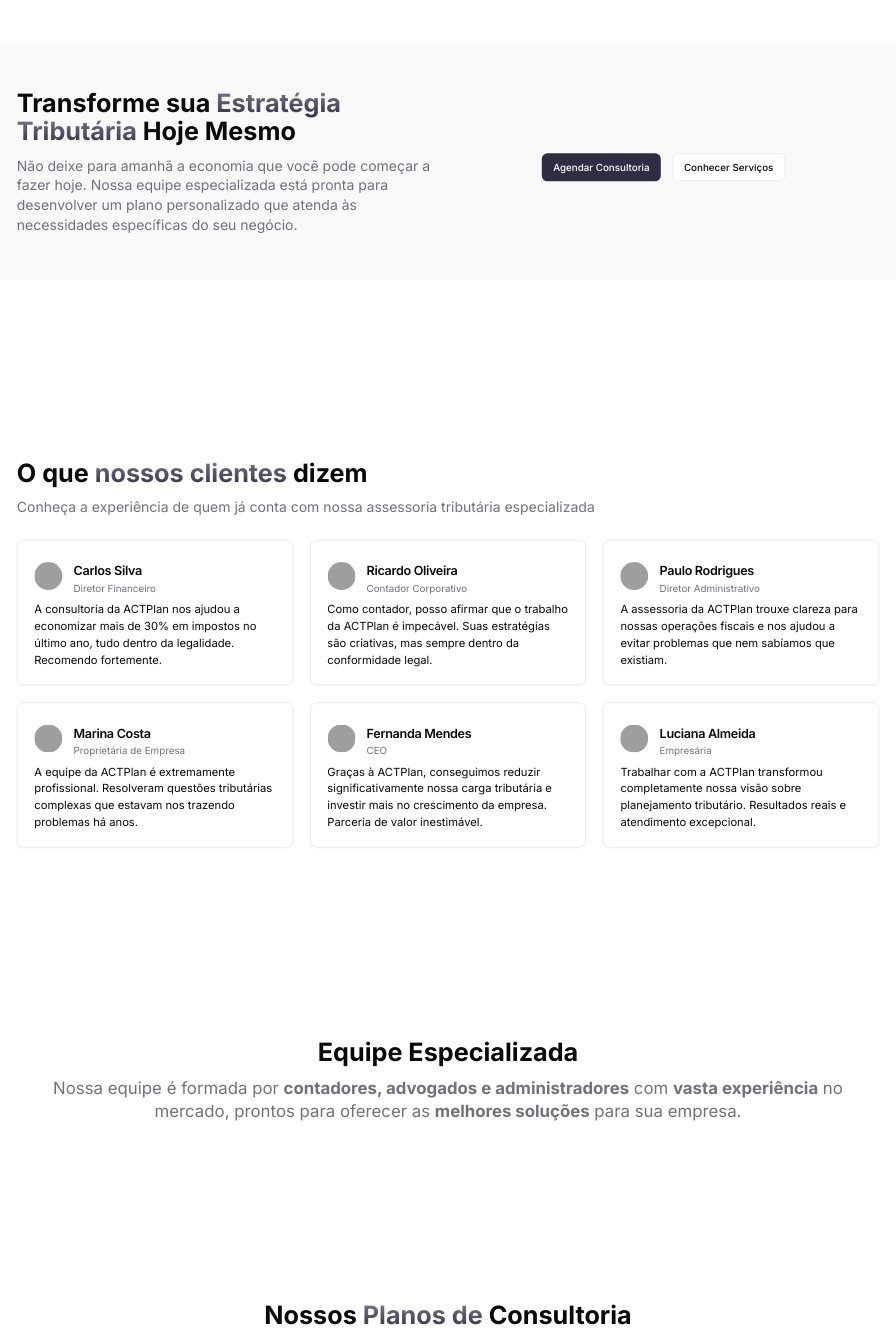
Repository: xoiurp/actplan-landing-page
Page: / (app in shadcn-landing-page-main/)
These files come from the project's save history. The page is drawn as it stood at one moment and after the next save; the edit follows.
The browser window is 1280 px wide. The pictures show the part of the page from y = 4580 to 6500 px (the page is 8610 px tall before and 8630 px after), at 70% of full size.
Pictures or frames that could not be fetched are drawn as grey boxes. The project was rebuilt for these pictures with package versions that can differ from the ones it lists, and the page was loaded fresh each time. Also part of the build but not shown: shadcn-landing-page-main/vite.config.ts.

Above is the page before, as saved 2025-06-24 17:33:05.

After the next save:
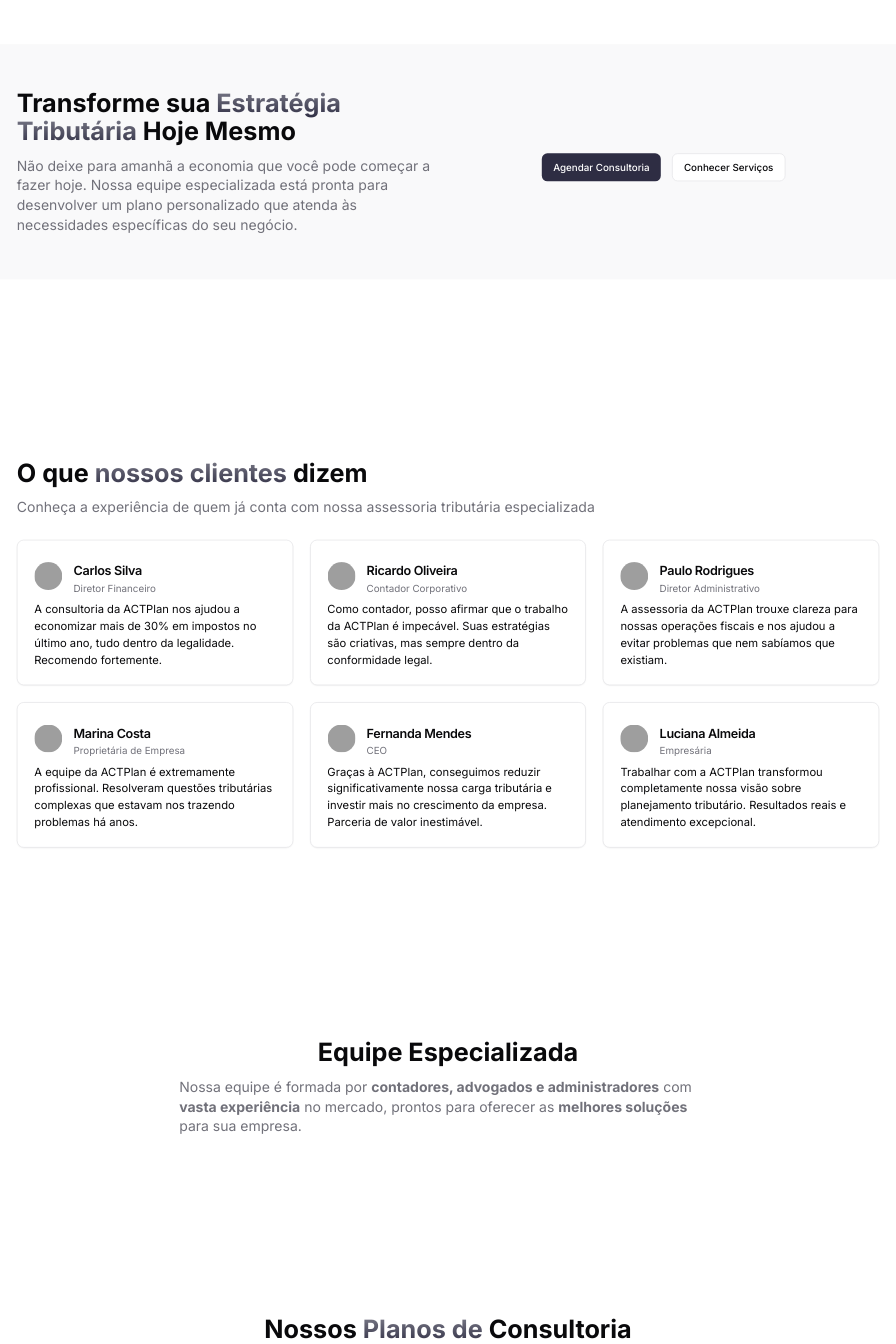
Saved 104 s later.
--- a/shadcn-landing-page-main/src/components/Team.tsx
+++ b/shadcn-landing-page-main/src/components/Team.tsx
@@ -8,9 +8,9 @@ export const Team = () => {
         Equipe Especializada
       </h2>
 
-      <h2 className="mt-4 text-2xl text-muted-foreground text-center">
+      <p className="text-xl text-muted-foreground mt-4 max-w-3xl mx-auto">
         Nossa equipe é formada por <strong>contadores, advogados e administradores</strong> com <strong>vasta experiência</strong> no mercado, prontos para oferecer as <strong>melhores soluções</strong> para sua empresa.
-      </h2>
+      </p>
     </section>
   );
 };
